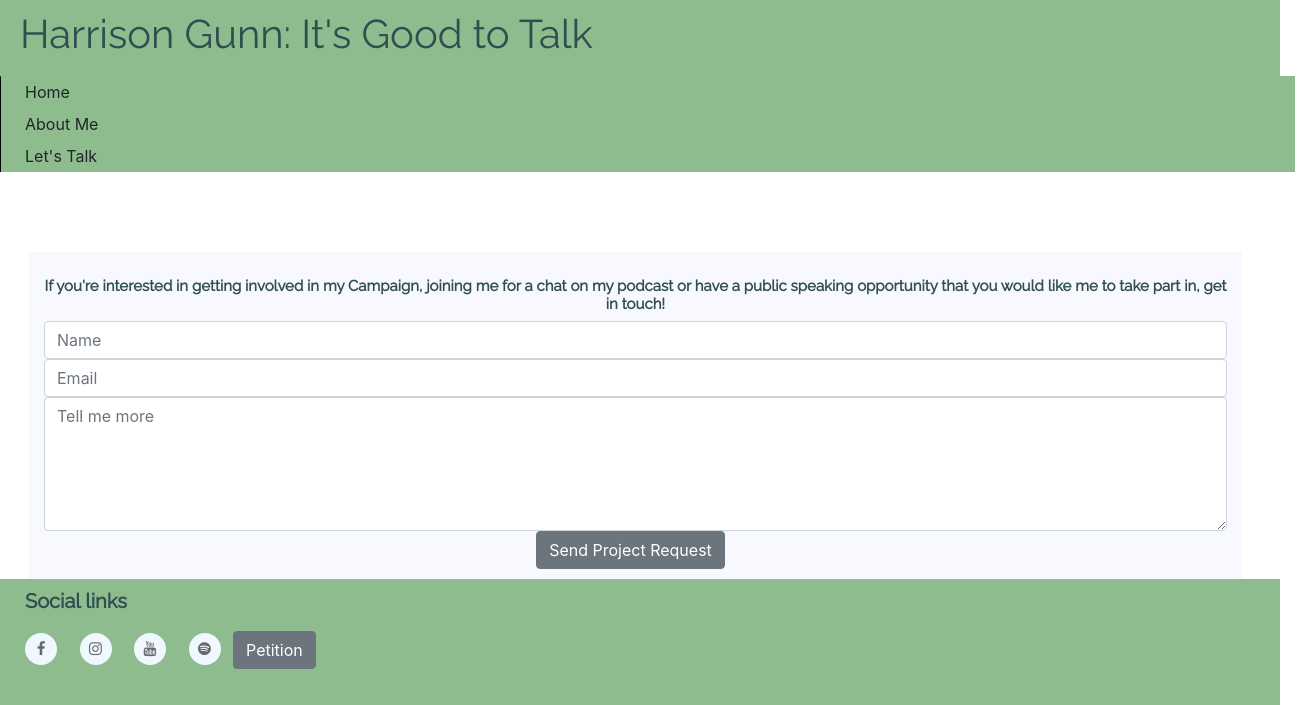
Repository: Leannald13/mile-stone-project-html
Page: contact.html
The author's editor kept a record of every edit. The page is drawn from the files as they stood at one moment, then again after the next edit.
The browser window is 1280 px wide. The page is 1310 px wide, so the pictures cover 1310 px, including what lies to the right of the window. The pictures show the part of the page from y = 500 to 1205 px (the page is 1205 px tall).

Above is the page before.

After the next edit:
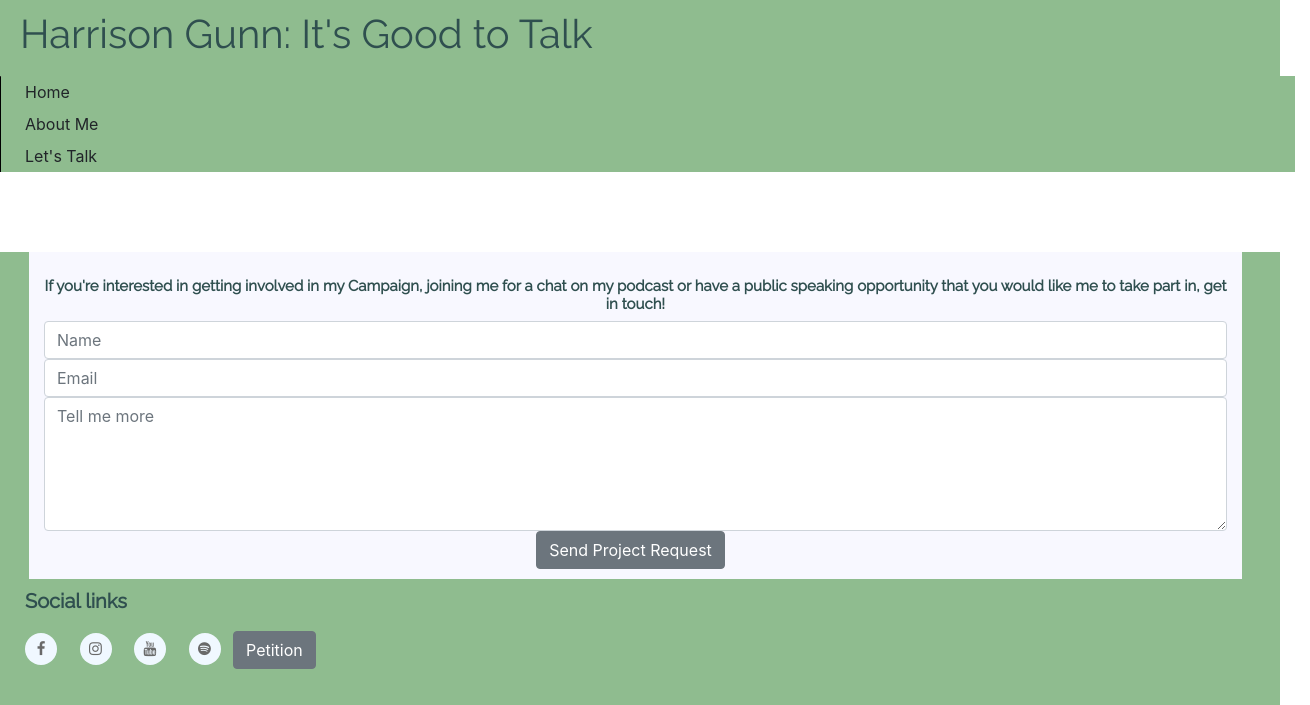
The edit:
--- a/assets/css/style.css
+++ b/assets/css/style.css
@@ -129,6 +129,9 @@
     margin-top: 80px;
 }
 
+section {
+    background-color: #8fbc8f !important;
+}
 
 /* -------------------------------------------------------------Section General.html */
 
